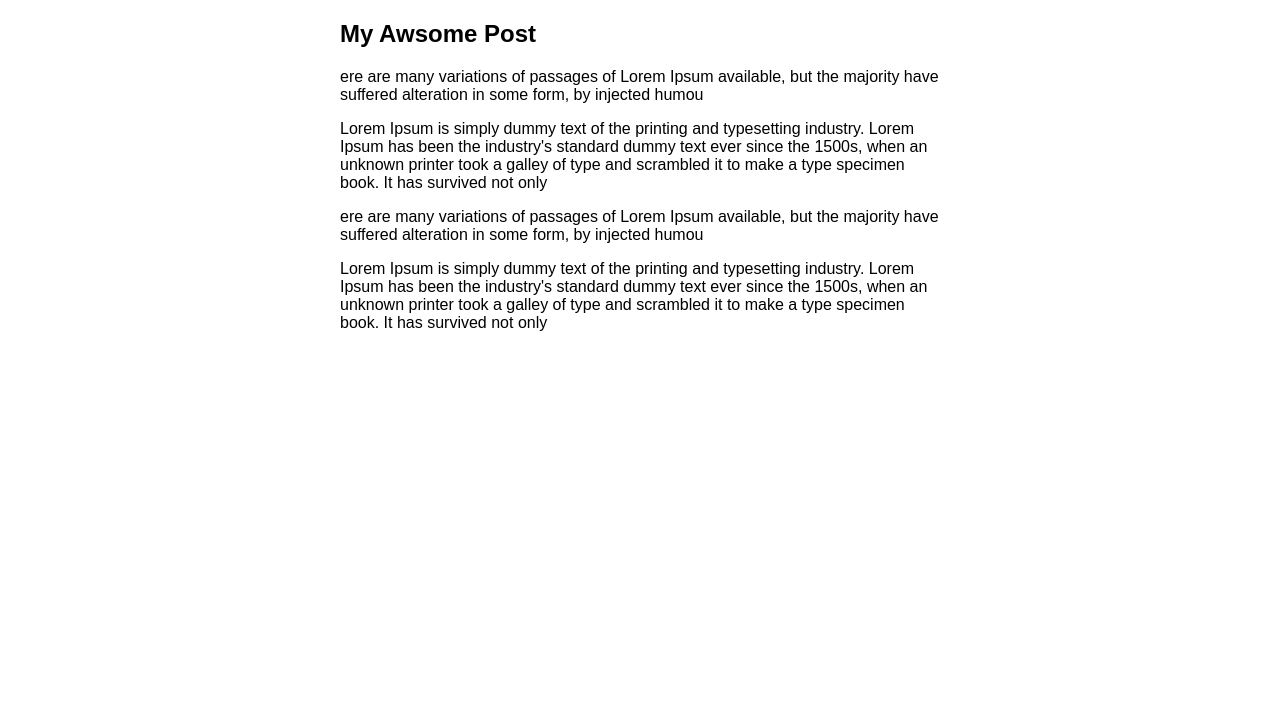
Repository: nema38/30DaysTrainning
Page: 30Days08/index.html
An editor plug-in stored every save of this project. The page is shown before and after the next save, followed by the edit.
The browser window is 1280 px wide. The pictures show the whole page.
Some web libraries are served in a nearby version.

Above is the page before, as saved 2014-04-16 18:11:18.

### 30Days08/index.html
<!DOCTYPE html>
<html>
	<head>
		<meta charset=utf-8/>
		<title>Effects</title>
		<style>
			body	{
				width: 600px;
				margin:auto;
				font-family: sans-serif;
			}

			#contact	{
				background: #e3e3e3;
				padding: 1em 2em;
				position:	relative;
			}

			.js #contact	{
				positin: absolute;
				top: 0;
				width: inherit;
				display: none;
			}

			#contact h2 { margin-top: 0;}

			#contact ul { padding: 0; }

			#contact li {
				list-style: none;
				margin-bottom:1em;
			}

			/*Close button on form */
			input, textarea { width: 100%; line-height: 2em; }
			input[type=submit] { width: auto;}
			label { display: block; text-align: left;}

		</style>
	</head>
	<body>
		<article>
			<h1>My Awsome Post</h1>
			<p>
				ere are many variations of passages of Lorem Ipsum available, but the majority have suffered alteration in some form, by injected humou
			</p>
			<p>
				Lorem Ipsum is simply dummy text of the printing and typesetting industry. Lorem Ipsum has been the industry's standard dummy text ever since the 1500s, when an unknown printer took a galley of type and scrambled it to make a type specimen book. It has survived not only
			</p>
			<p>
				ere are many variations of passages of Lorem Ipsum available, but the majority have suffered alteration in some form, by injected humou
			</p>
			<p>
				Lorem Ipsum is simply dummy text of the printing and typesetting industry. Lorem Ipsum has been the industry's standard dummy text ever since the 1500s, when an unknown printer took a galley of type and scrambled it to make a type specimen book. It has survived not only
			</p>
		</article>
		<div id="contact">
			<h2>Contact Me</h2>
			<form action="#">
				<ul>
					<li>
						<label for="name">Name: </label>
						<input name="name" id="name" />
					</li>
					<li>
						<label for="email">Email address: </label>
						<input name="email" id="email" >
					</li>
					<li>
						<label for="comments">What's Up?</label>
						<textarea name="comments" id="comments" cols="30" rows="10"></textarea>
					</li>
					<li>
						<input type="submit" value="Submit" />
					</li>
				</ul>
			</form>

		</div>

		<script src="http://ajax.googleapis.com/ajax/libs/jquery/1.11.0/jquery.min.js"></script>

		<script>
			(function() {
				$('html').addClass('js');
			})();
		</script>

	</body>
</html>

After the next save:
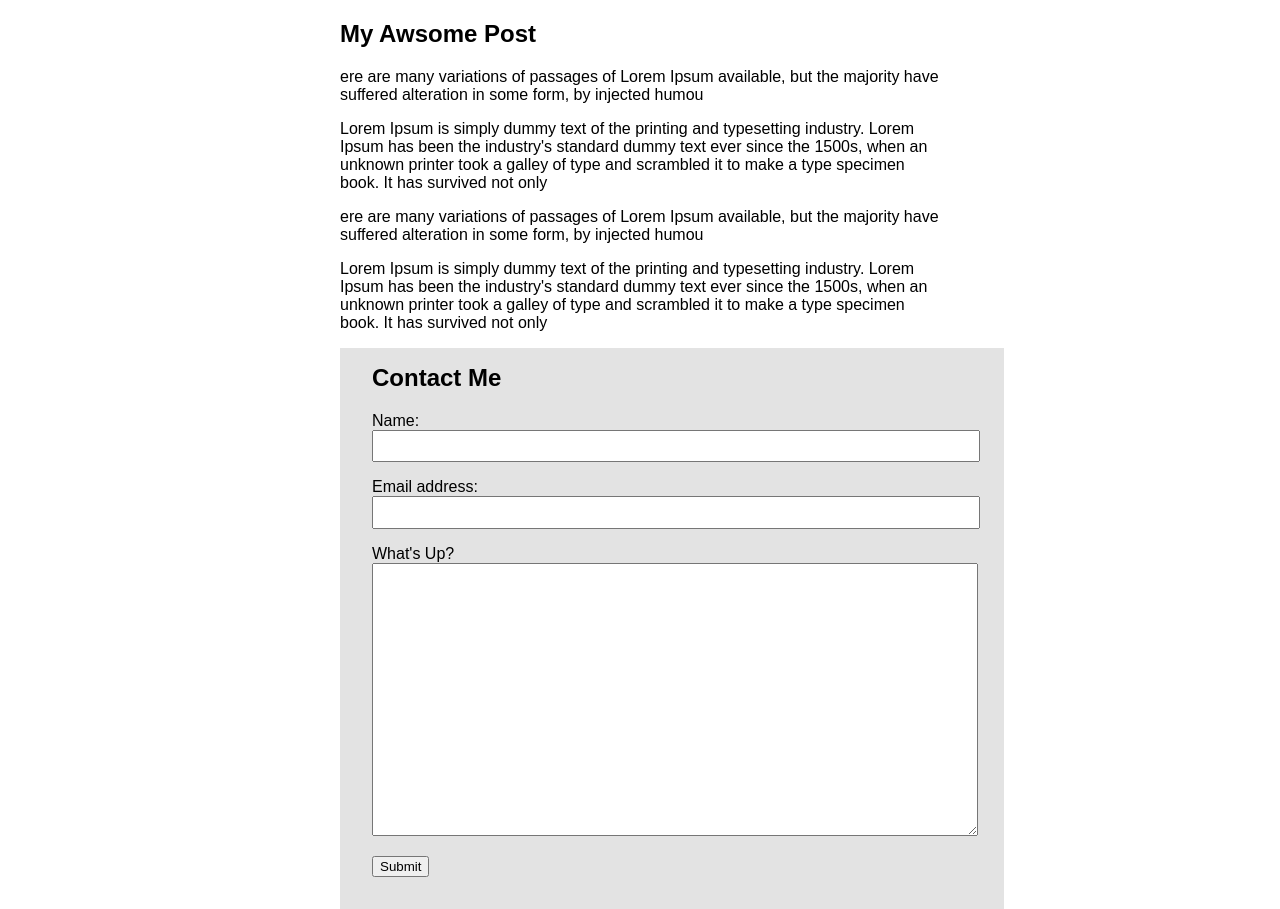
Saved 43 s later.
--- a/30Days08/index.html
+++ b/30Days08/index.html
@@ -20,7 +20,7 @@
 				positin: absolute;
 				top: 0;
 				width: inherit;
-				display: none;
+			/*	display: none;  */
 			}
 
 			#contact h2 { margin-top: 0;}

After the save that followed:
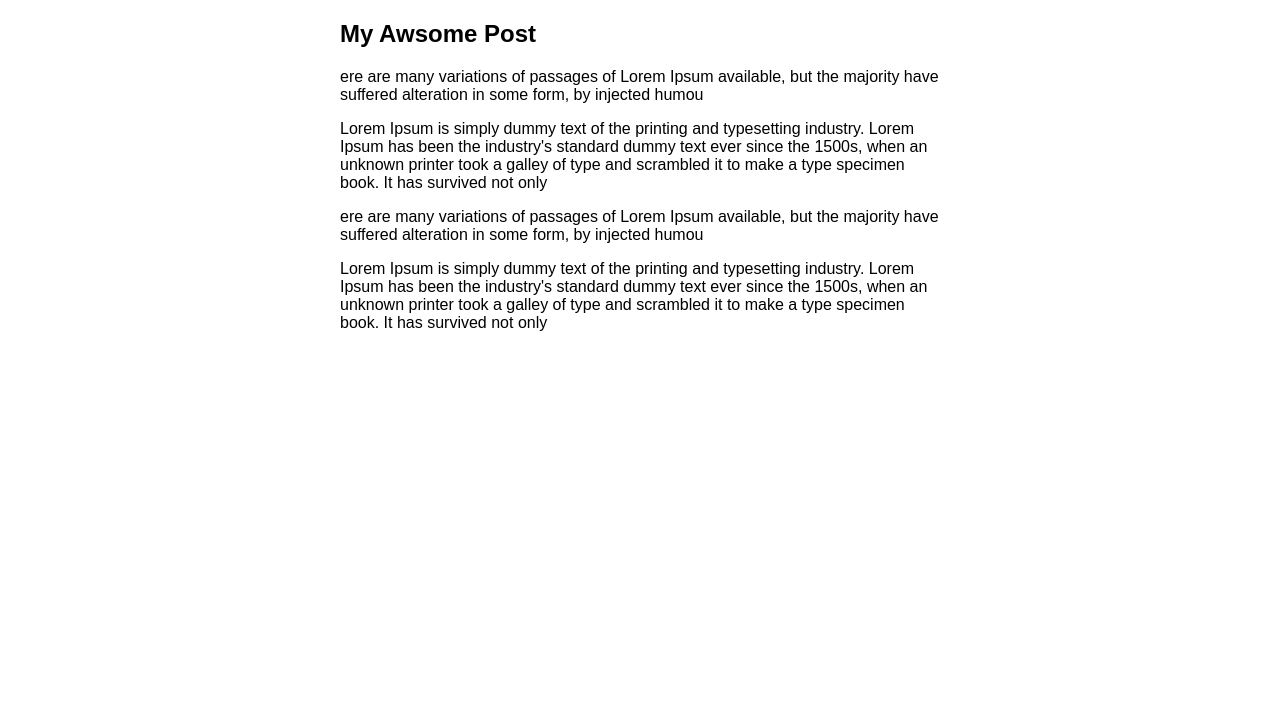
Saved 7 s later.
--- a/30Days08/index.html
+++ b/30Days08/index.html
@@ -20,7 +20,7 @@
 				positin: absolute;
 				top: 0;
 				width: inherit;
-			/*	display: none;  */
+				display: none;
 			}
 
 			#contact h2 { margin-top: 0;}
